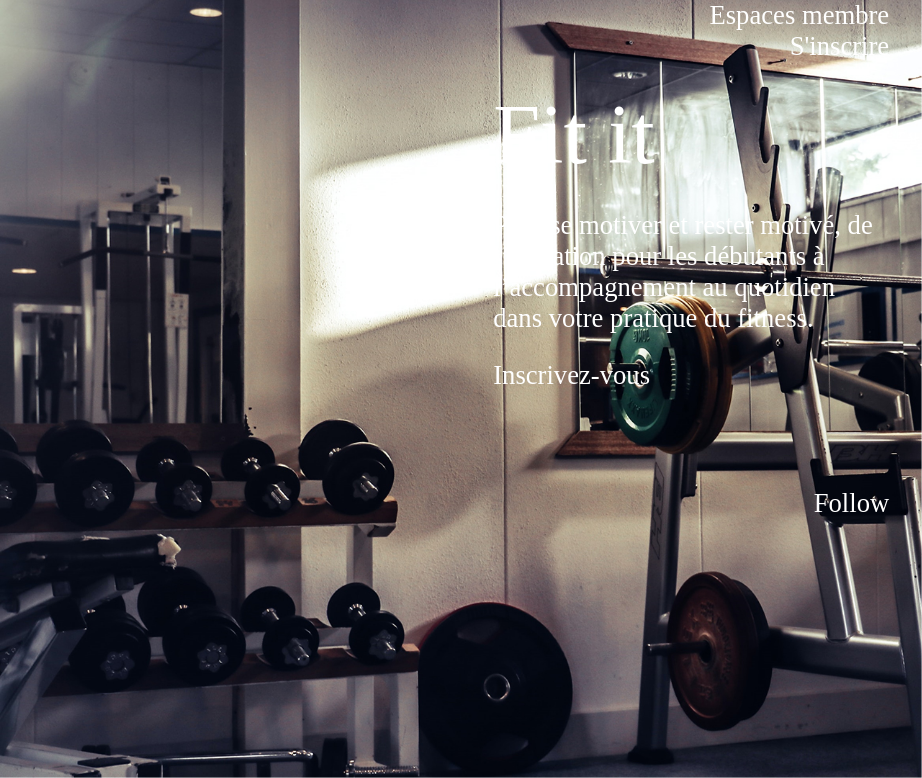
Repository: Mini-T/php-propre
Page: http://localhost/
These files come from the project's save history. The page is drawn as it stood at one moment and after the next save; the edit follows.
The browser window is 1280 px wide. The pictures show the whole page, at 72% of full size.
The page is run by PHP 8.4 with error messages shown; the project is at /var/www/html/.

Above is the page before, as saved 2021-03-25 10:48:26.

After the next save:
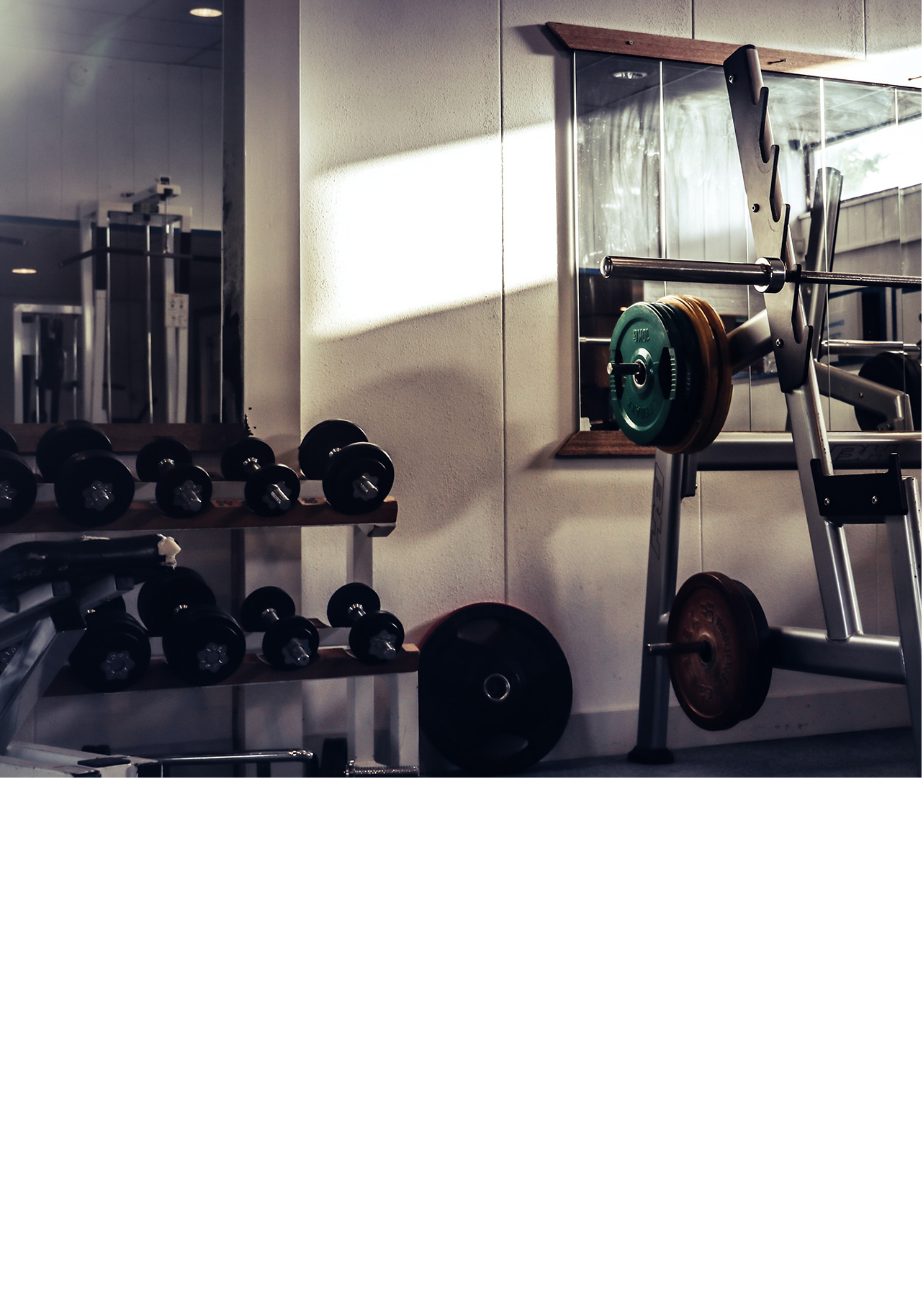
Saved 62 s later.
--- a/Partiel/index.php
+++ b/Partiel/index.php
@@ -12,16 +12,7 @@
 <body>
     <div id="main">
         <header id="image">
-            <!-- <div class="topright">
-                <a href="#">Espaces membre</a>
-                <br>
-                <a href="#">S'inscrire</a>
-            </div>
-            <div class="center">
-
-
-            </div> -->
-            <!-- <a href="" class="text" id="follow">Follow</a> -->
+            <div id="overlay">
 
 
             <div class="frat"></div>
@@ -40,6 +31,7 @@
                     <a href="#" class="text">Inscrivez-vous</a></div>
                 <div id="row3"><a href="" class="text" id="follow">Follow</a></div>
             </div>
+            </div>
         </header>
     </div>
 </body>
